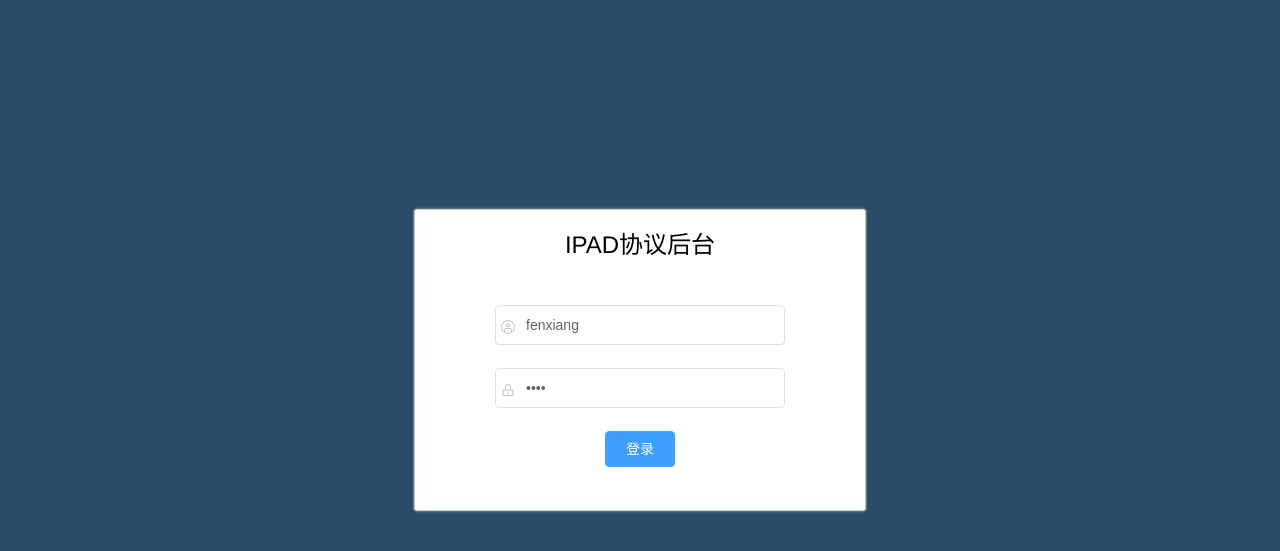
Repository: Iamanuan/ipad_admin
Page: /
The author's editor kept a copy of each file at every save. The page is drawn from the files as they stood at one save, then again after the next save.
The browser window is 1280 px wide. The pictures show the whole page.
The project was rebuilt for these pictures with package versions that can differ from the ones it lists, and the page was loaded fresh each time. Also part of the build but not shown: vue.config.js.

Above is the page before, as saved 2020-05-08 17:26:32.

After the next save:
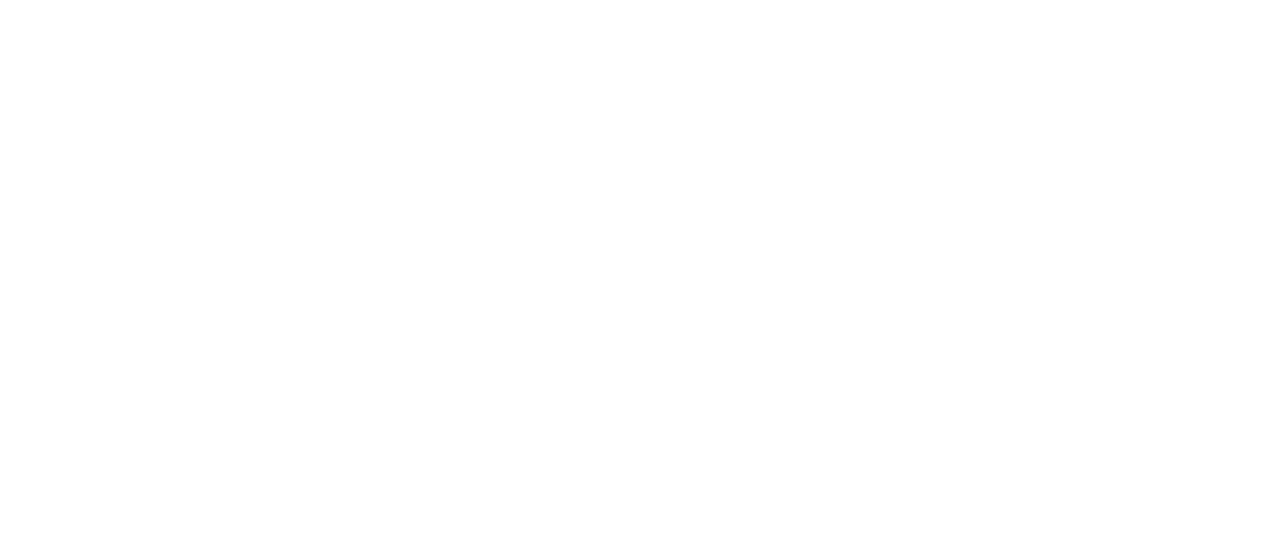
Console error: TypeError: Cannot set properties of undefined (setting '$echarts')
Saved 56 s later.
--- a/src/main.js
+++ b/src/main.js
@@ -4,16 +4,15 @@
 import './plugins/element.js'
 import axios from 'axios'
 import echarts from 'echarts'
-
-
 // 导入字体图标样式表
 import './assets/font/iconfont.css'
 // 导入全局样式表
 import './assets/css/global.css'
-
-// 配置网络请求根路
+// 配置网络请求根路路径
 axios.defaults.baseURL = 'http://192.168.8.114:8085/'
 Vue.prototype.$http = axios
+
+Vue.property.$echarts = echarts
 
 Vue.config.productionTip = false
 

After the save that followed:
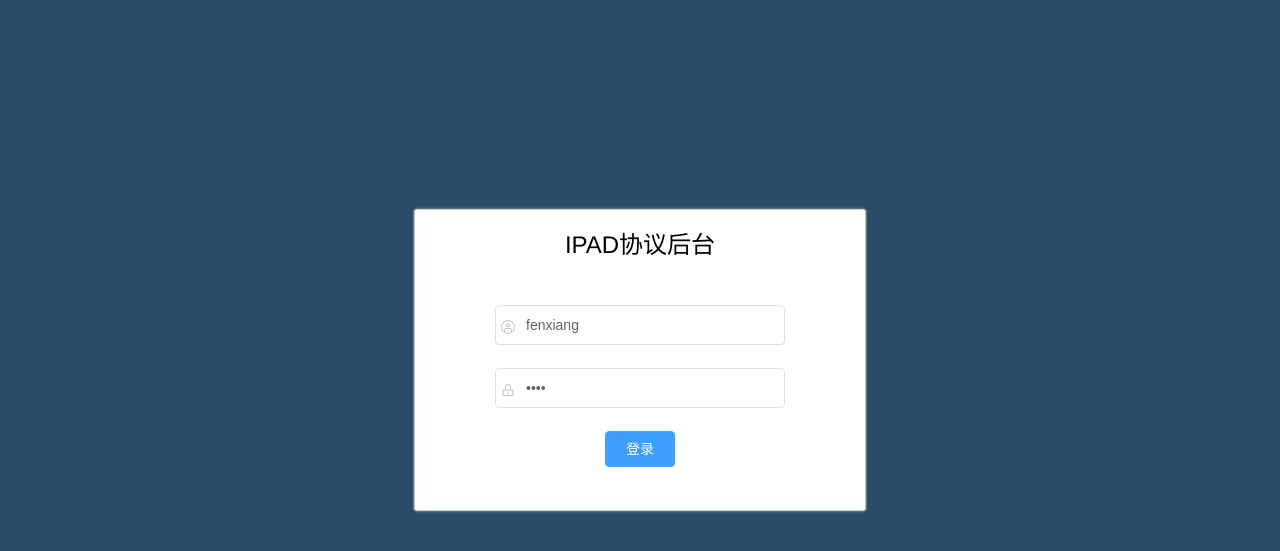
The error is gone.
Saved 28 s later.
--- a/src/main.js
+++ b/src/main.js
@@ -12,7 +12,7 @@
 axios.defaults.baseURL = 'http://192.168.8.114:8085/'
 Vue.prototype.$http = axios
 
-Vue.property.$echarts = echarts
+Vue.prototype.$echarts = echarts
 
 Vue.config.productionTip = false
 
